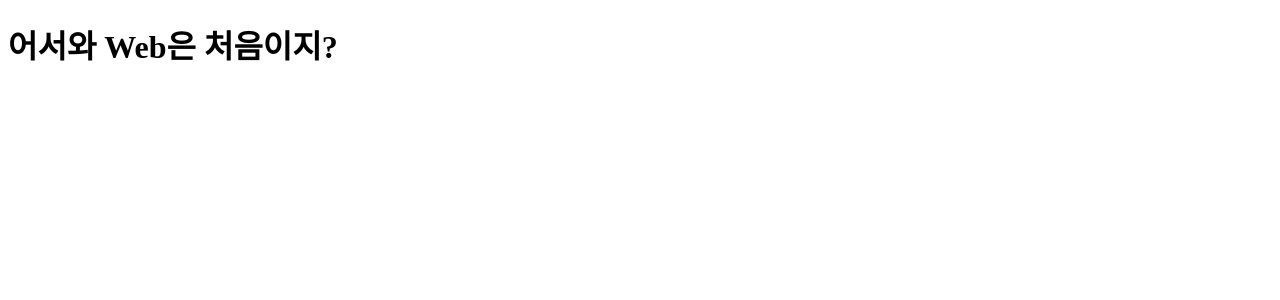
Repository: Young-27/DailyStudy
Page: Server/web-workspace1/1_Servlet/WebContent/index.html
An editor plug-in stored every save of this project. The page is shown before and after the next save, followed by the edit.
The browser window is 1280 px wide. The pictures show the whole page.

Above is the page before, as saved 2021-04-26 08:55:31.

After the next save:
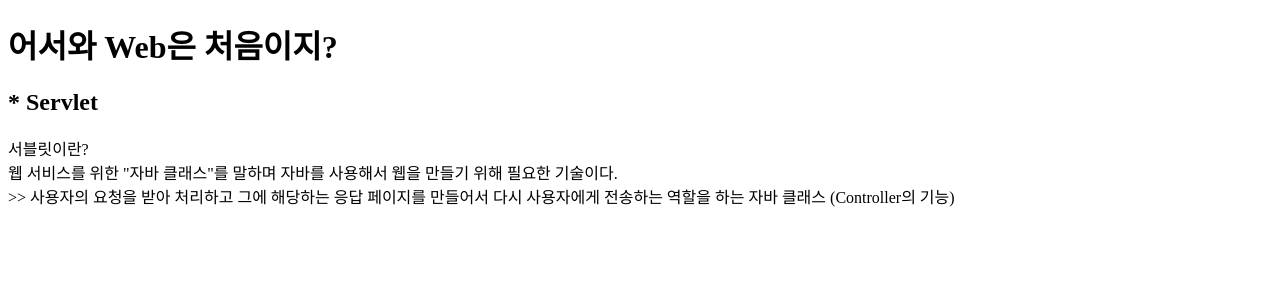
Saved 22 min 35 s later.
--- a/Server/web-workspace1/1_Servlet/WebContent/index.html
+++ b/Server/web-workspace1/1_Servlet/WebContent/index.html
@@ -8,5 +8,13 @@
 
 	<h1>어서와 Web은 처음이지?</h1>
 
+	<h2>* Servlet</h2>
+
+	<p>
+		서블릿이란? <br>
+		웹 서비스를 위한 "자바 클래스"를 말하며 자바를 사용해서 웹을 만들기 위해 필요한 기술이다. <br>
+		>> 사용자의 요청을 받아 처리하고 그에 해당하는 응답 페이지를 만들어서 다시 사용자에게 전송하는 역할을 하는 자바 클래스 (Controller의 기능) <br>
+	</p>
+
 </body>
 </html>
